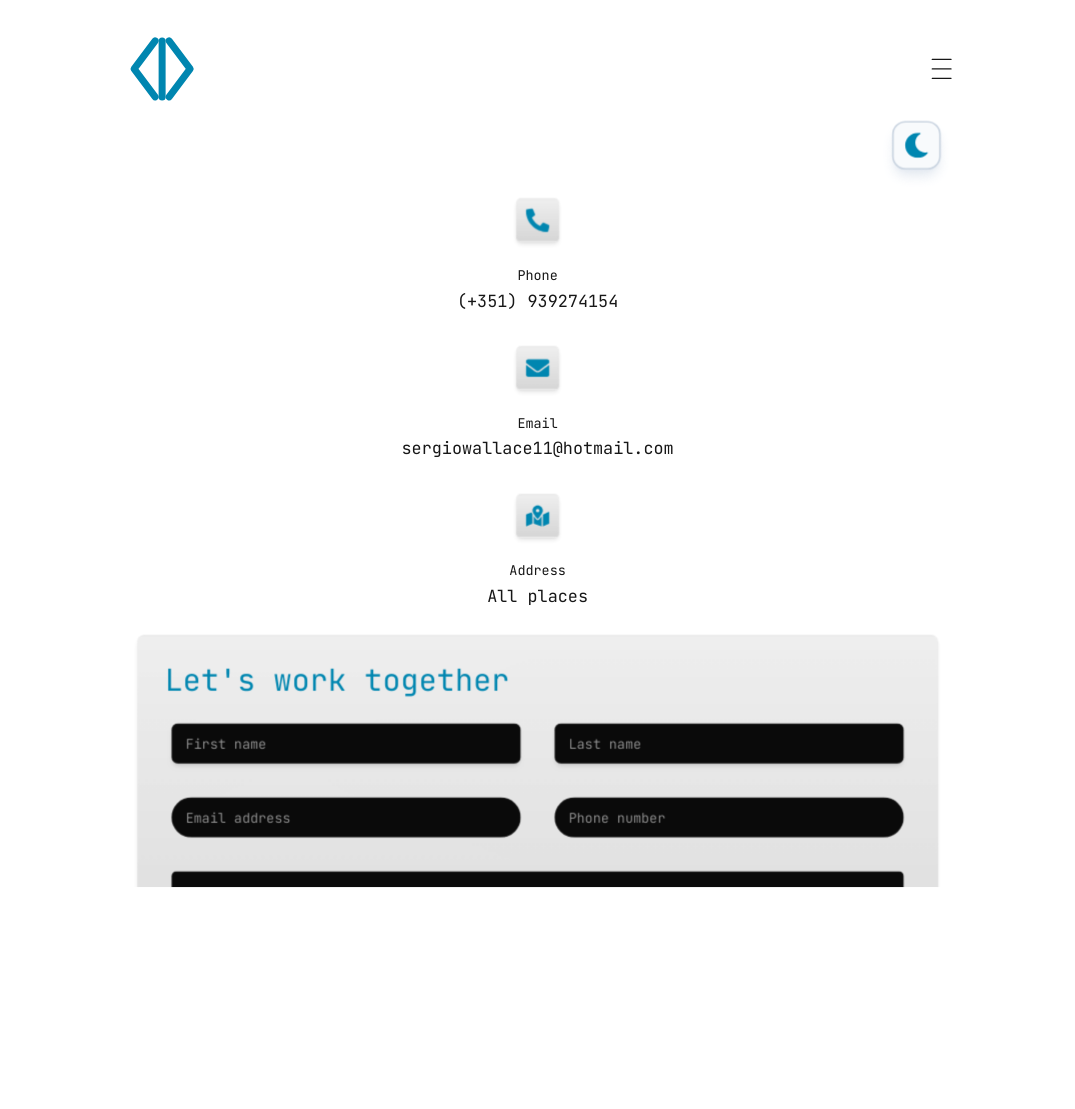
Repository: sergioscker/sergio-portfolio
Page: /contact
The author's editor kept a copy of each file at every save. The page is drawn from the files as they stood at one save, then again after a run of saves.
The browser window is 1280 px wide. The pictures show the whole page, at 84% of full size.
The project was rebuilt for these pictures with package versions that can differ from the ones it lists, and the page was loaded fresh each time. The framework's server and built-in components were replaced by stand-ins that run in the browser. Also part of the build but not shown: next.config.mjs.

Above is the page before, as saved 2025-05-19 21:22:01.

After the next 2 saves:
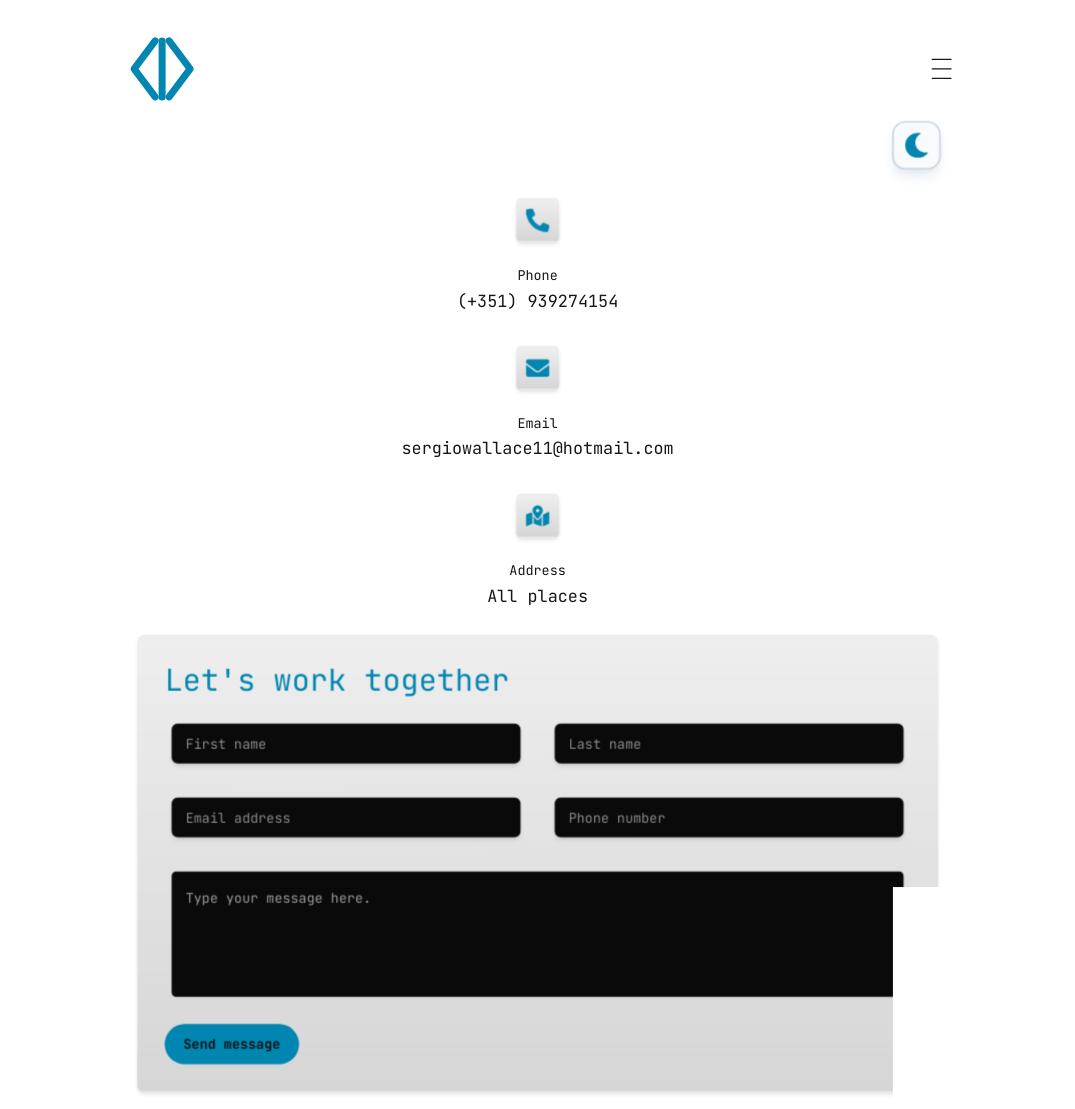
The 2 saves are shown as one change because they came seconds apart.
The last was saved 6 s later.
--- a/app/contact/page.jsx
+++ b/app/contact/page.jsx
@@ -208,7 +208,7 @@ const Contact = () => {
                       type="email"
                       name="email"
                       {...register('email')}
-                      className="text-white"
+                      className="text-white border border-white/10 rounded-lg shadow-md"
                       placeholder="Email address"
                       value={formData.email}
                       onChange={handleChange}
@@ -227,7 +227,7 @@ const Contact = () => {
                       type="number"
                       name="phoneNumber"
                       {...register('phoneNumber')}
-                      className="text-white"
+                      className="text-white border border-white/10 rounded-lg shadow-md"
                       placeholder="Phone number"
                       value={formData.phoneNumber}
                       onChange={handleChange}
